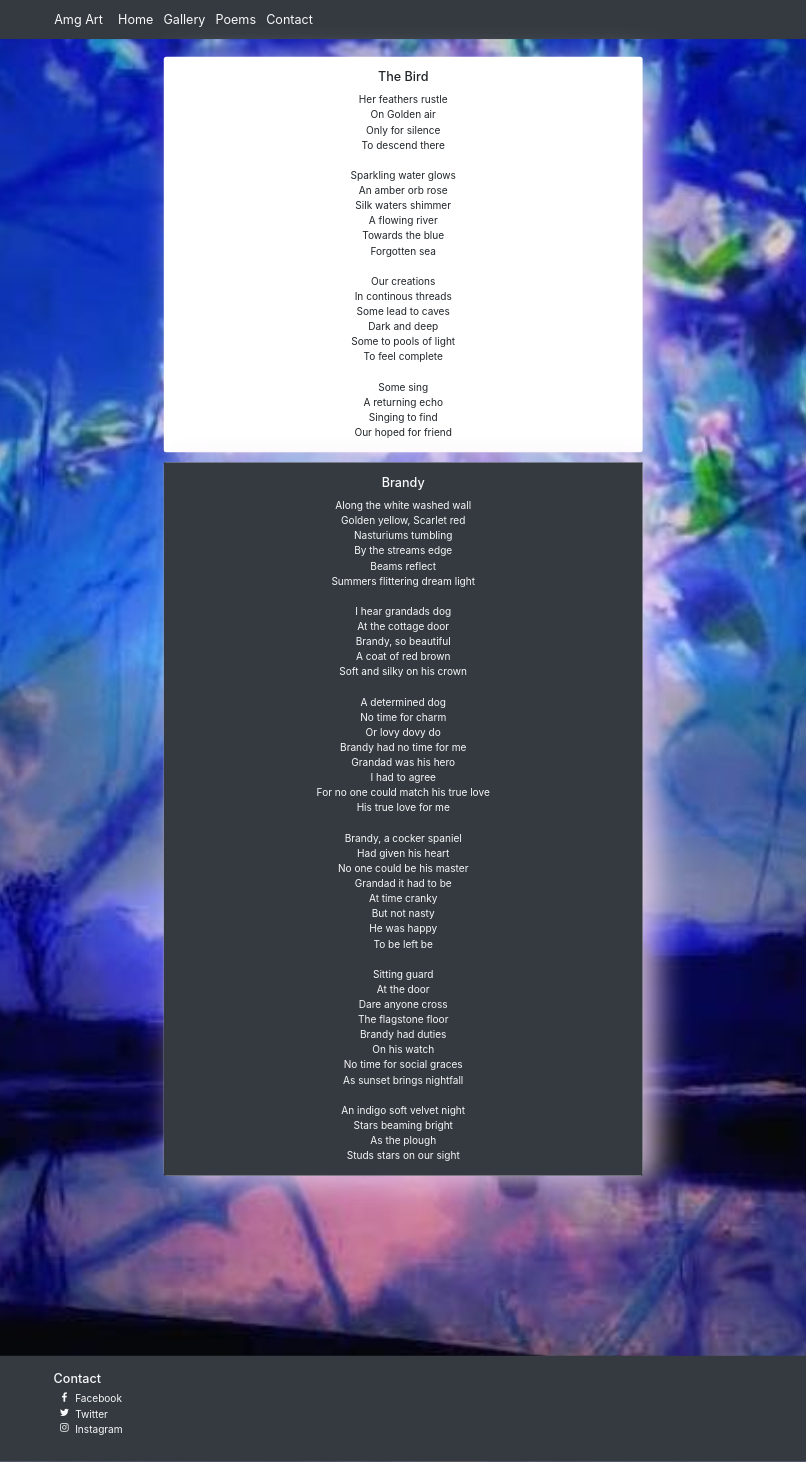
Repository: AllenGleeson/AmgArtGallery
Page: poems.html
The author's editor kept a record of every edit. The page is drawn from the files as they stood at one moment, then again after the next edit.
The browser window is 1280 px wide. The pictures show the whole page, at 63% of full size.

Above is the page before.

After the next edit:
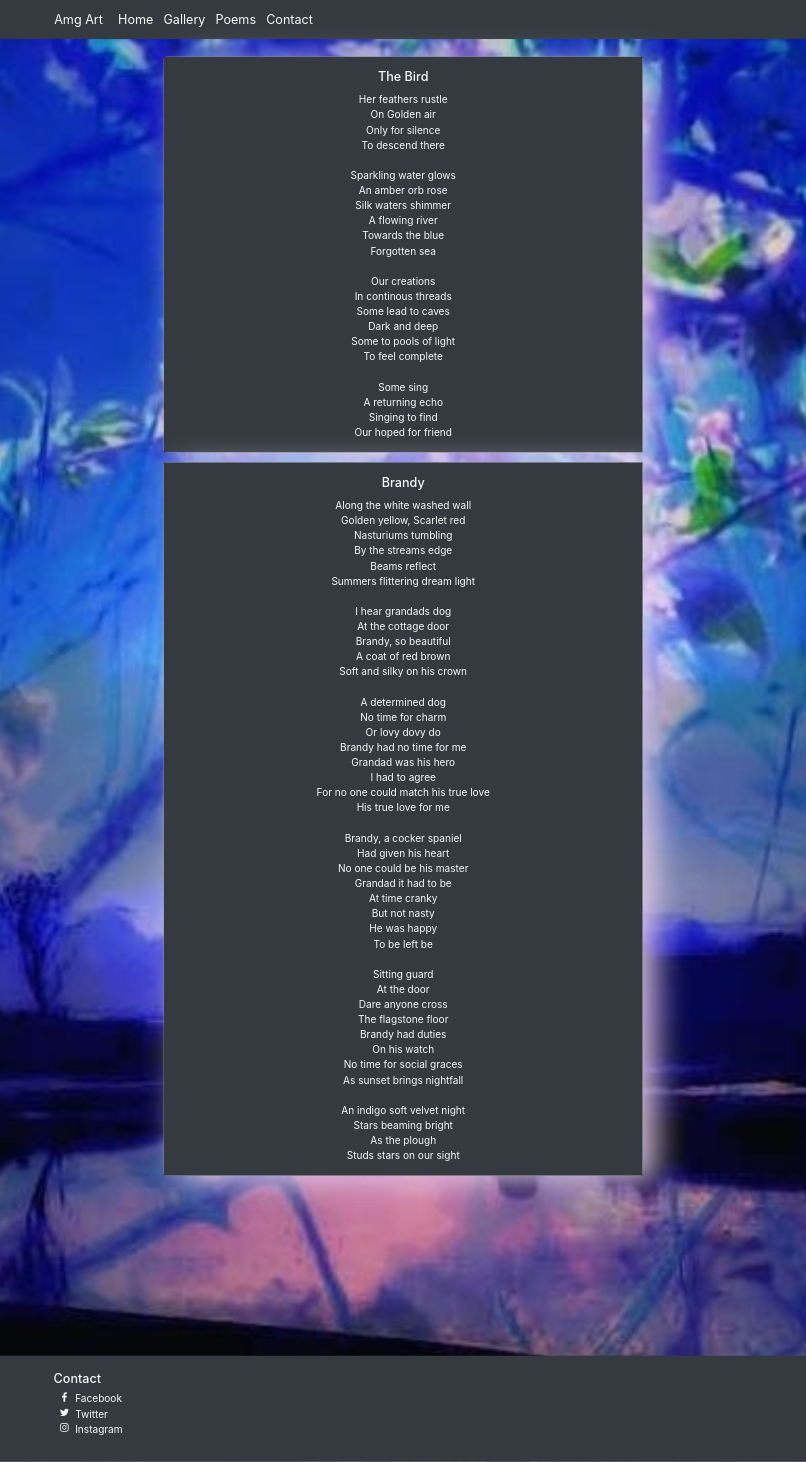
The edit:
--- a/poems.html
+++ b/poems.html
@@ -33,7 +33,7 @@
         <!-- Poems Section -->
         <div class="row">
             <div class="card col-8 offset-2 mb-3 poems" style="width: 18rem;">
-                <div class="card-body text-center">
+                <div class="card-body text-center  bg-dark text-light poemcontainer">
                     <h5 class="card-title">The Bird</h5>
                     <p class="card-text">
                         Her feathers rustle<br>
